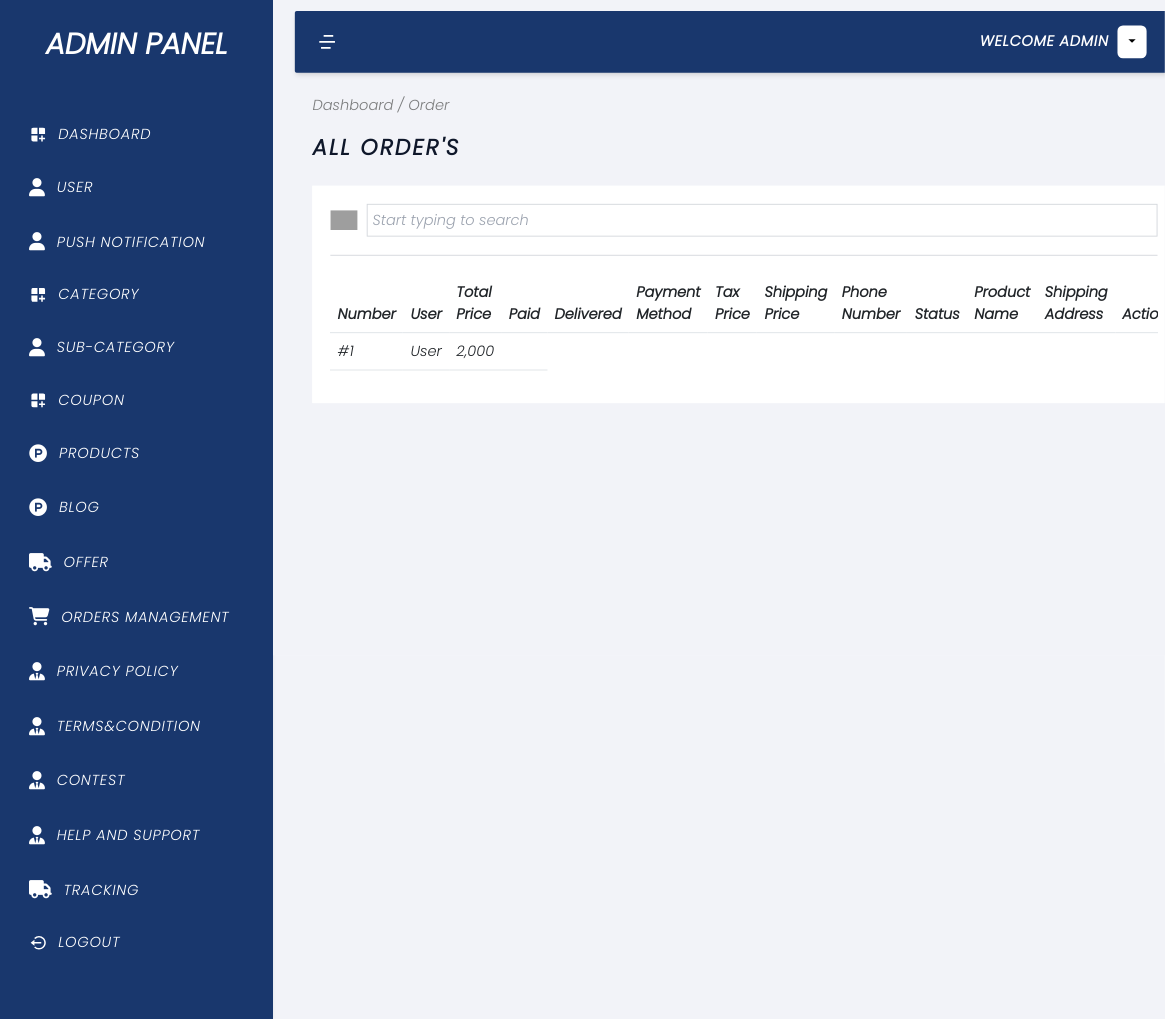
Repository: arpanmalik/project-khanna
Page: /Orders
These files come from the project's save history. The page is drawn as it stood at one moment and after a run of saves; the edit follows.
The browser window is 1280 px wide. The pictures show the whole page, at 91% of full size.
Pictures or frames that could not be fetched are drawn as grey boxes. The page's requests for data from a server got no answer. Some web libraries are served in a nearby version. The project was rebuilt for these pictures with package versions that can differ from the ones it lists, and the page was loaded fresh each time. No one was signed in, and anything a server would have sent is missing. Also part of the build but not shown: src/E-CommerceAdmin/forms/Login.jsx, src/E-CommerceAdmin/pages/Dashboard.jsx, src/E-CommerceAdmin/pages/ECategory.js, src/E-CommerceAdmin/pages/EProduct.js, src/E-CommerceAdmin/pages/EVendorList.js, src/E-CommerceAdmin/pages/EAdminProduct.js, src/E-CommerceAdmin/pages/EAdminDelivery.js, src/E-CommerceAdmin/pages/EAdminCustomer.js and 11 more. Imported but missing from the stored project, and not drawn on this page: src/E-CommerceVendor/forms/EVendorLogin, src/E-CommerceVendor/pages/EVCategory, src/E-CommerceVendor/pages/EVCoupon, src/E-CommerceVendor/pages/EVDashboard, src/E-CommerceVendor/pages/EVOrders, src/E-CommerceVendor/pages/EVProduct, src/E-CommerceVendor/pages/EVSubCategory.

Above is the page before, as saved 2023-05-16 17:24:52.

After the next 2 saves:
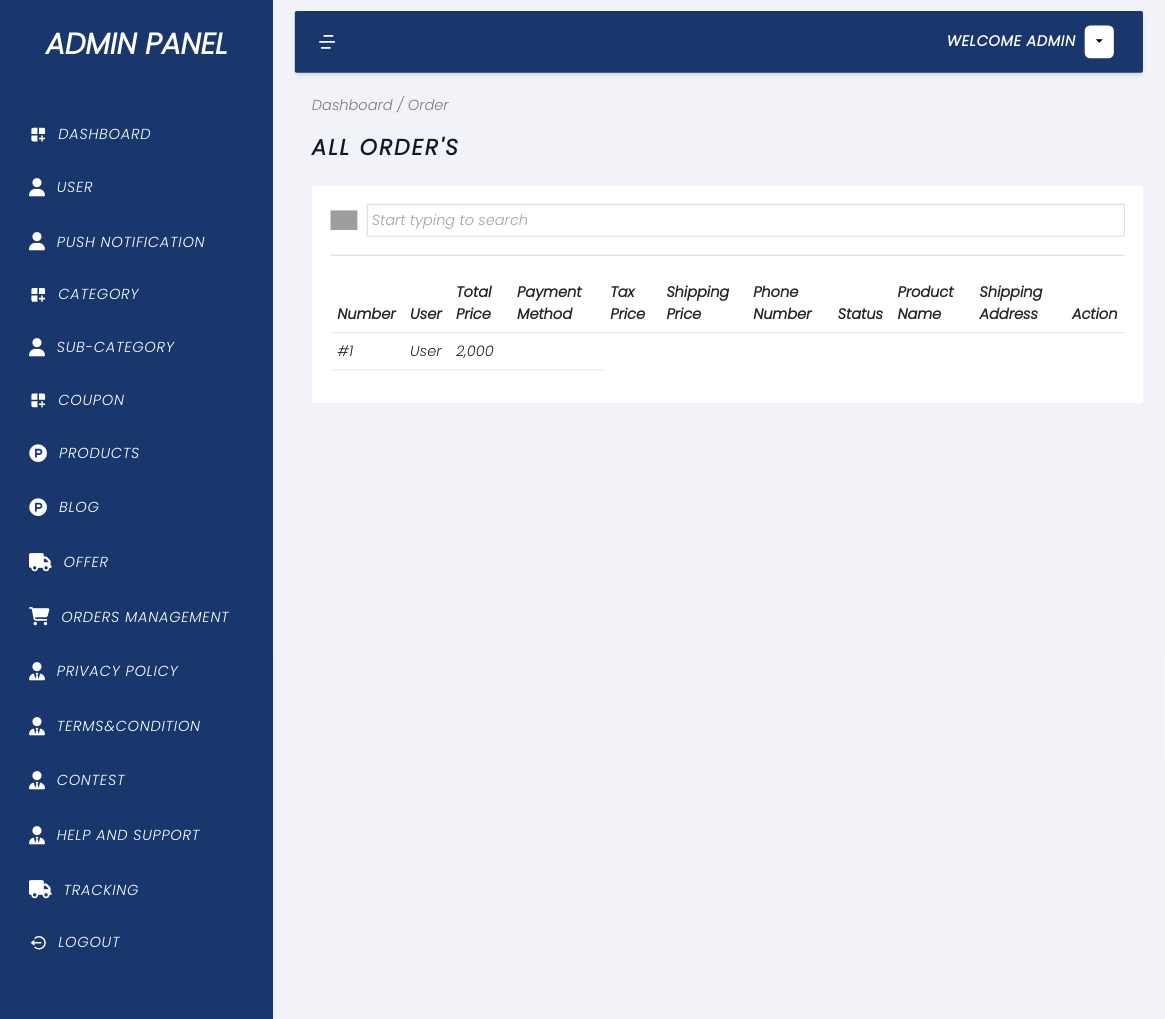
The 2 saves are shown as one change because they came seconds apart.
The last was saved 10 s later.
--- a/src/E-CommerceAdmin/pages/EAdminOrders.js
+++ b/src/E-CommerceAdmin/pages/EAdminOrders.js
@@ -123,8 +123,6 @@ const EAdminOrders = () => {
                   <th>Number</th>
                   <th>User</th>
                   <th>Total Price</th>
-                  <th>Paid</th>
-                  <th>Delivered</th>
                   <th>Payment Method</th>
                   <th>Tax Price</th>
                   <th>Shipping Price</th>
